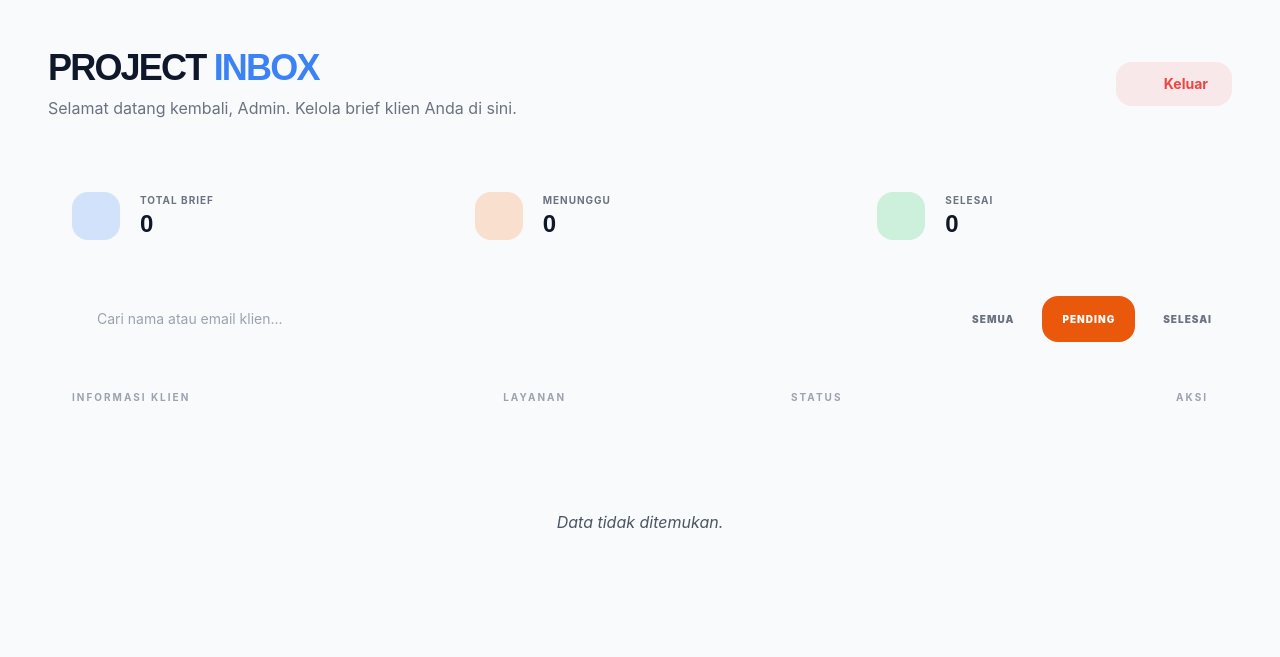
Repository: zhr-nabila/ClientBrief
Page: http://localhost/admin/index.php?f=Pending
An editor plug-in stored every save of this project. The page is shown before and after the next save, followed by the edit.
The browser window is 1280 px wide. The pictures show the whole page.
Some web fonts or font styles are not loaded; a fallback is used. Some web libraries are served in a nearby version. The page is run by PHP 8.4 with error messages shown; the project is at /var/www/html/. The session is filled in as if someone had signed in: {"admin_logged_in": true}. Queries for data that is not in the repository find no rows.

Above is the page before, as saved 2026-01-18 20:24:51.
Not found: js/admin.js

After the next save:
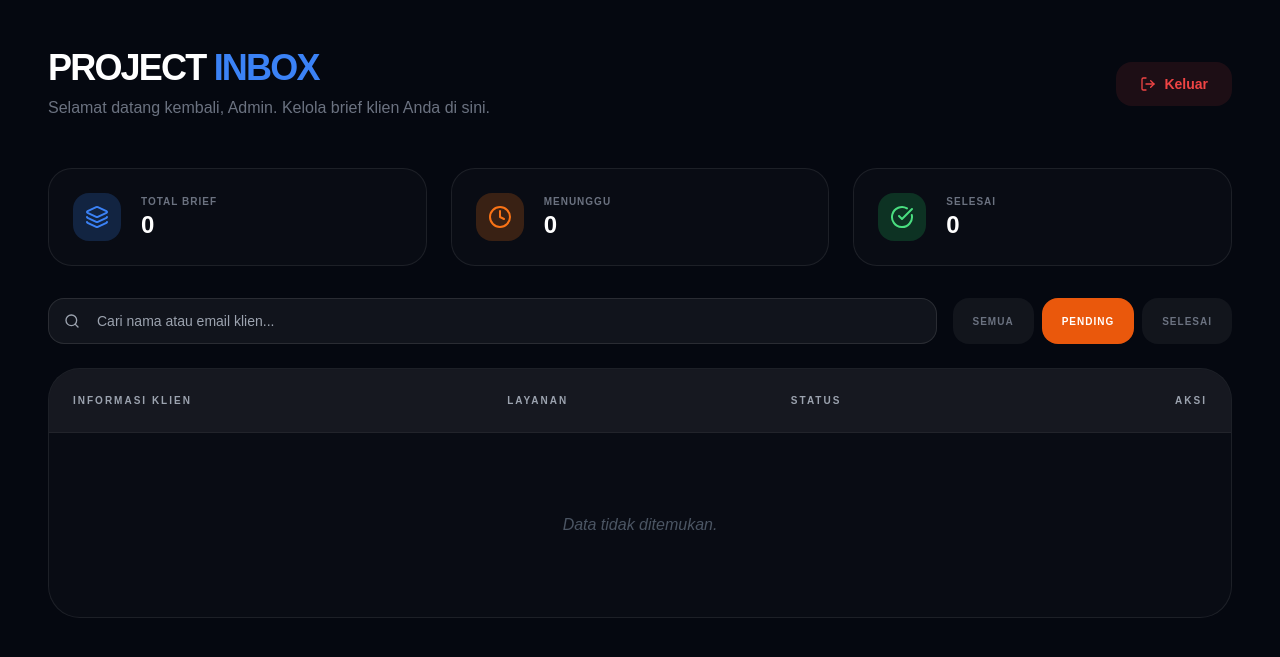
Saved 9 s later.
--- a/admin/index.php
+++ b/admin/index.php
@@ -31,7 +31,15 @@ $selesai      = mysqli_num_rows(mysqli_query($koneksi, "SELECT id FROM tb_projek
     <script src="https://cdn.tailwindcss.com"></script>
     <script src="https://unpkg.com/lucide@latest"></script>
     <link href="https://fonts.googleapis.com/css2?family=Plus+Jakarta+Sans:wght@400;600;800&display=swap" rel="stylesheet">
-     <link rel="stylesheet" href="../css/style.css">
+    <style>
+        body { background-color: #050810; font-family: 'Plus Jakarta Sans', sans-serif; color: white; }
+        .glass-card { background: rgba(255, 255, 255, 0.02); border: 1px solid rgba(255, 255, 255, 0.08); }
+        .no-scrollbar::-webkit-scrollbar { display: none; }
+        .no-scrollbar { -ms-overflow-style: none; scrollbar-width: none; }
+        /* Animasi Modal */
+        #imageModal.active { display: flex; animation: fadeIn 0.3s ease; }
+        @keyframes fadeIn { from { opacity: 0; } to { opacity: 1; } }
+    </style>
 </head>
 
 <body class="p-6 md:p-12">
@@ -140,8 +148,8 @@ $selesai      = mysqli_num_rows(mysqli_query($koneksi, "SELECT id FROM tb_projek
 
                                             <?php if (isset($row['no_telepon'])): ?>
                                                 <?php
-                                                $wa_number = preg_replace('/[^0-9]/', '', $row['no_telepon']);
-                                                if (substr($wa_number, 0, 1) === '0') $wa_number = '62' . substr($wa_number, 1);
+                                                    $wa_number = preg_replace('/[^0-9]/', '', $row['no_telepon']);
+                                                    if (substr($wa_number, 0, 1) === '0') $wa_number = '62' . substr($wa_number, 1);
                                                 ?>
                                                 <a href="https://wa.me/<?= $wa_number ?>" target="_blank" class="p-3 bg-white/5 rounded-xl hover:bg-green-600 transition-all text-green-400 hover:text-white" title="Chat WhatsApp">
                                                     <i data-lucide="message-square" class="w-4 h-4"></i>
@@ -195,7 +203,26 @@ $selesai      = mysqli_num_rows(mysqli_query($koneksi, "SELECT id FROM tb_projek
         </div>
     </div>
 
-    <script src="../js/admin.js"></script>
+    <script>
+        lucide.createIcons();
+
+        function showDetail(text) {
+            alert("DETAIL KEBUTUHAN:\n\n" + text);
+        }
+
+        function openPreview(src) {
+            const modal = document.getElementById('imageModal');
+            const img = document.getElementById('modalImg');
+            img.src = src;
+            modal.classList.add('active');
+            modal.classList.remove('hidden');
+        }
+
+        function closePreview() {
+            const modal = document.getElementById('imageModal');
+            modal.classList.remove('active');
+            modal.classList.add('hidden');
+        }
+    </script>
 </body>
-
 </html>
